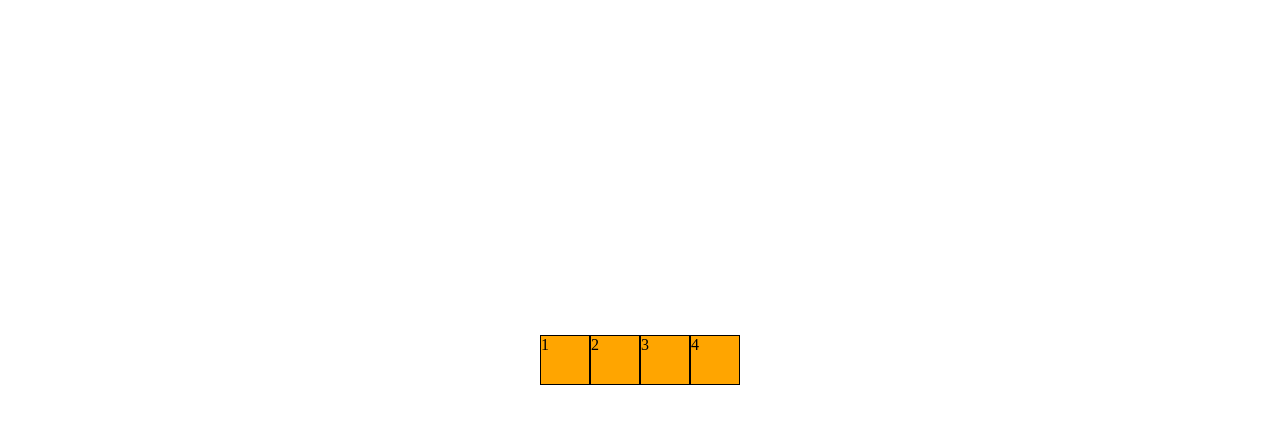
Repository: wisdomphamdev/flex-box
Page: index.html
These files come from the project's save history. The page is drawn as it stood at one moment and after a run of saves; the edit follows.
The browser window is 1280 px wide. The pictures show the whole page.

Above is the page before, as saved 2024-06-10 21:13:57.

After the next 6 saves:
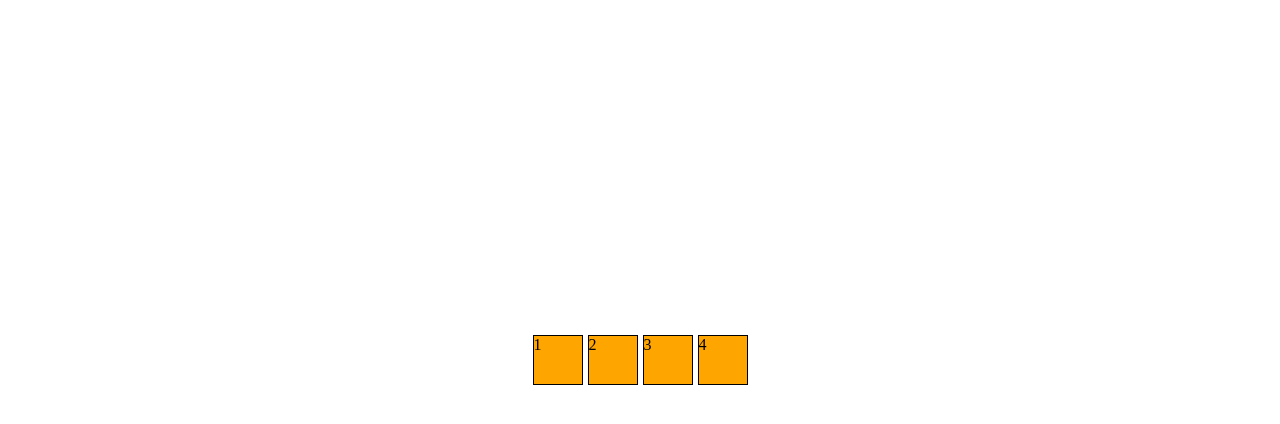
The 6 saves are shown as one change because they came seconds apart.
The last was saved 15 s later.
--- a/style.css
+++ b/style.css
@@ -31,4 +31,5 @@
   align-items: center;
   /* align-items: end; */
     row-gap: 5px;
+    column-gap: 5px;
 }
